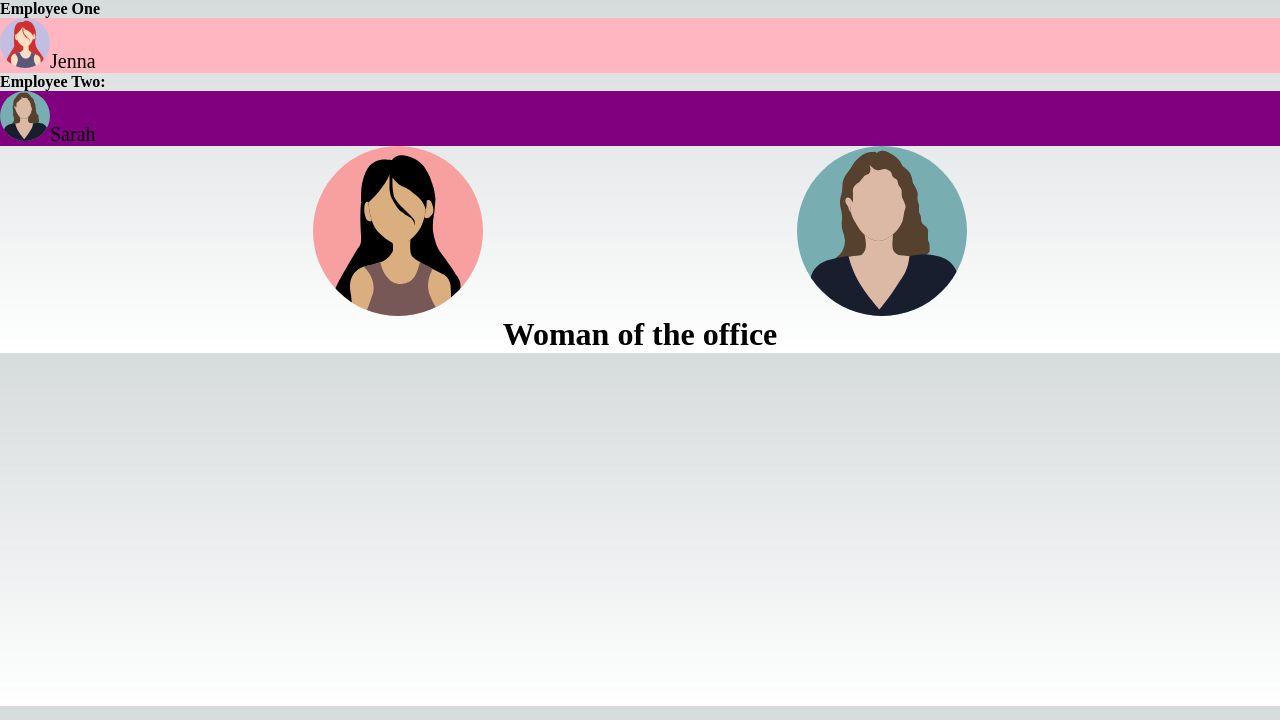
Repository: bguemos/week3example
Page: /About
The author's editor kept a copy of each file at every save. The page is drawn from the files as they stood at one save, then again after the next save.
The browser window is 1280 px wide. The pictures show the whole page.
The project was rebuilt for these pictures with package versions that can differ from the ones it lists, and the page was loaded fresh each time. The framework's server and built-in components were replaced by stand-ins that run in the browser. Also part of the build but not shown: next.config.js.

Above is the page before, as saved 2023-01-23 13:35:28.

After the next save:
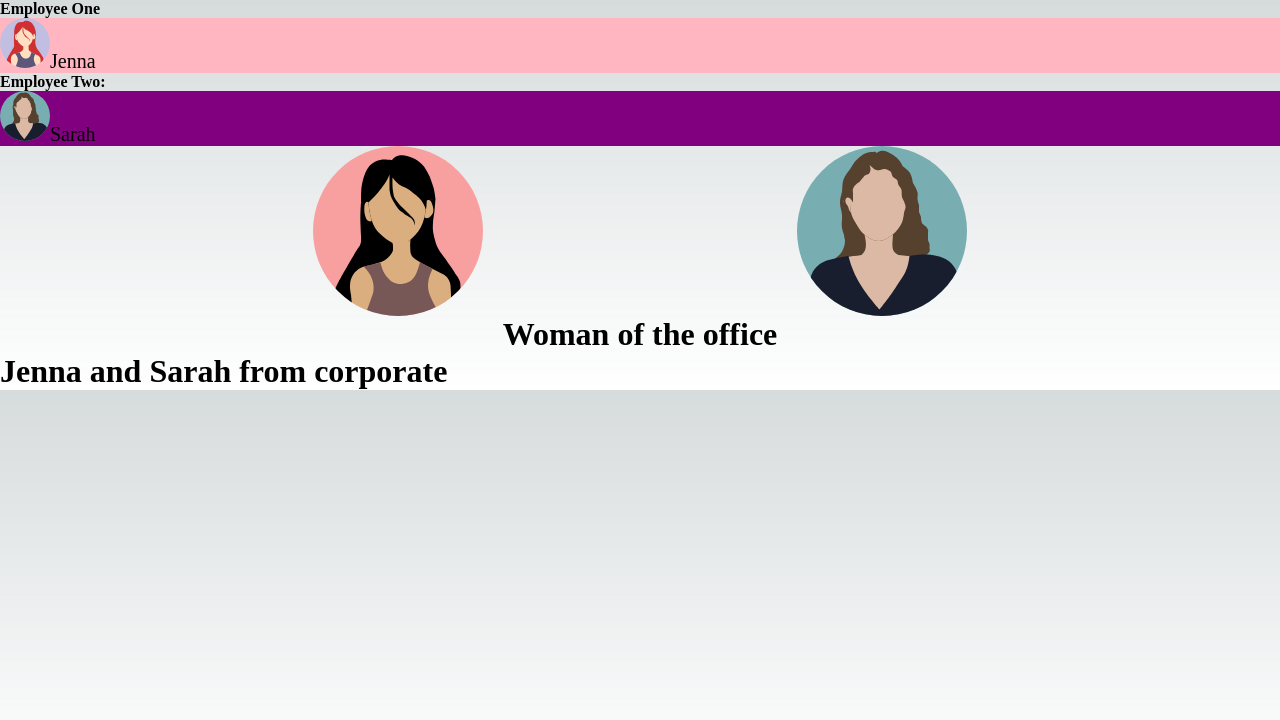
Saved 64 s later.
--- a/pages/About.js
+++ b/pages/About.js
@@ -49,6 +49,7 @@
         />
         </div>
         <h1 className={styles.header}> Woman of the office</h1>
+        <h1>Jenna and Sarah from corporate</h1>
         </main>
     </>
   )

After the save that followed:
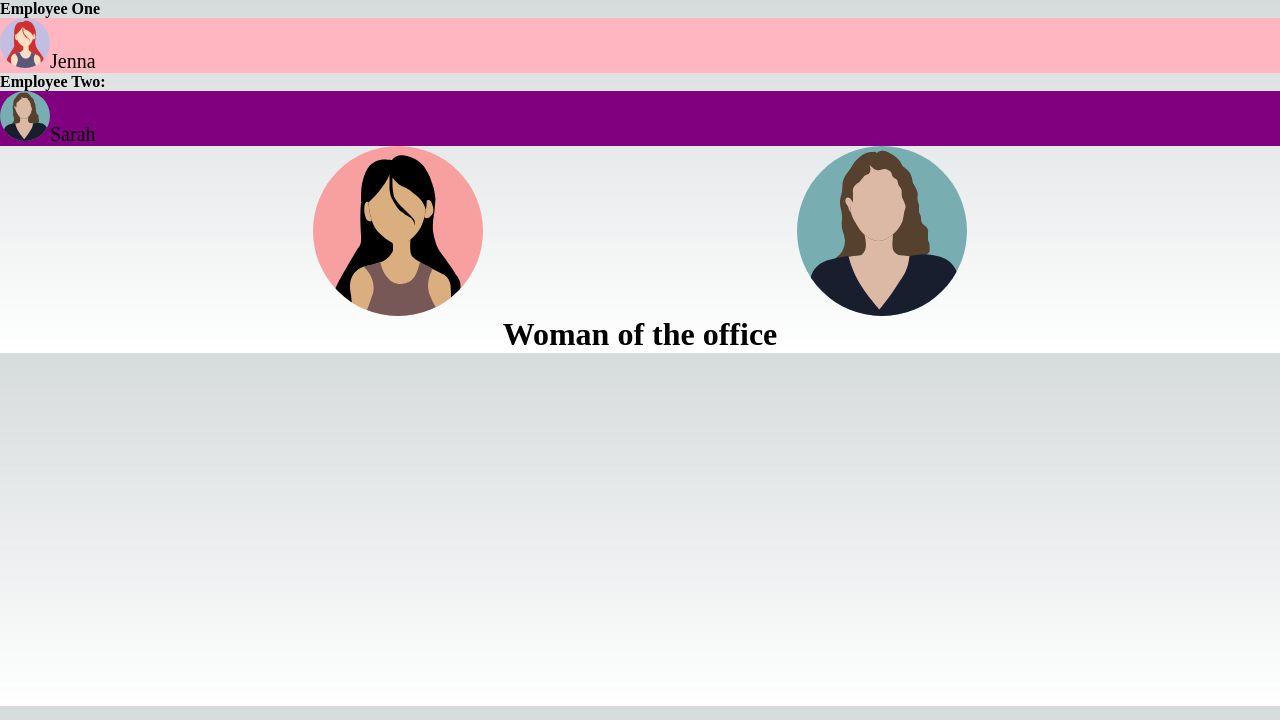
Saved 119 s later.
--- a/pages/About.js
+++ b/pages/About.js
@@ -49,7 +49,7 @@
         />
         </div>
         <h1 className={styles.header}> Woman of the office</h1>
-        <h1>Jenna and Sarah from corporate</h1>
+
         </main>
     </>
   )
